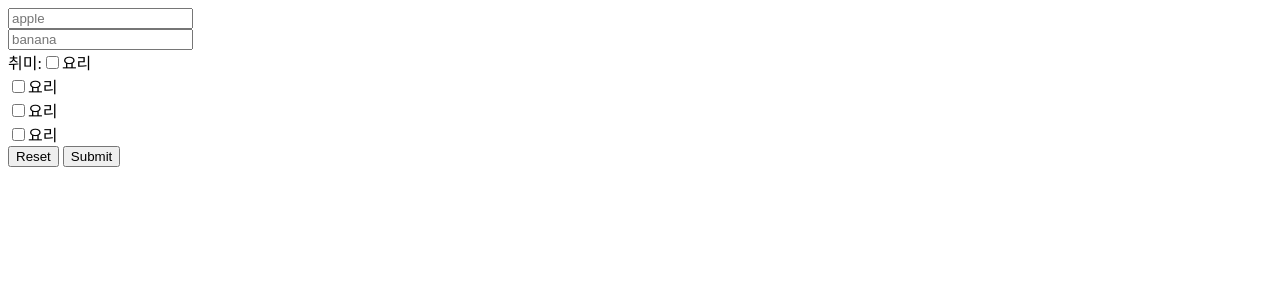
Repository: djdh94/jsp_practice
Page: http://localhost/JSPBasic/jspObject/3.cookie/test.jsp
These files come from the project's save history. The page is drawn as it stood at one moment and after the next save; the edit follows.
The browser window is 1280 px wide. The pictures show the whole page.
The page is served by Tomcat 9.

Above is the page before, as saved 2022-02-05 04:01:50.

After the next save:
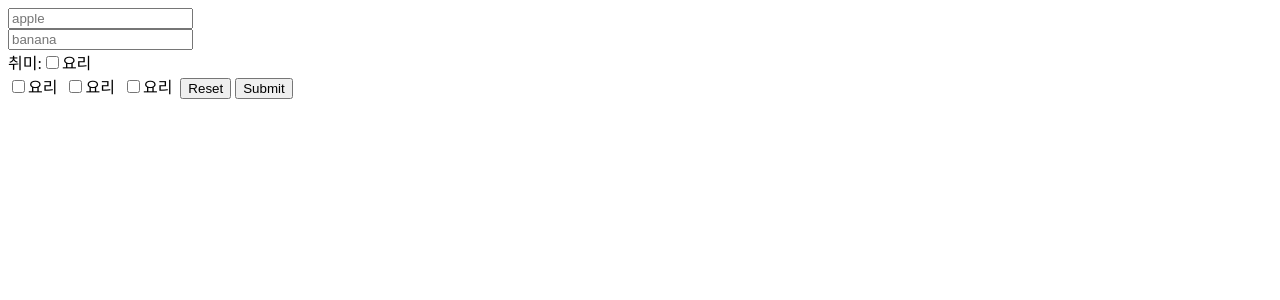
Saved 22 s later.
--- a/JSPBasic/src/main/webapp/jspObject/3.cookie/test.jsp
+++ b/JSPBasic/src/main/webapp/jspObject/3.cookie/test.jsp
@@ -16,9 +16,9 @@
 	<input type="text" name="apple" placeholder="apple"/><br/>
 	<input type="password" name="banana" placeholder="banana"/><br/>
 	취미:<input type="checkbox" name="hobby">요리&nbsp;<br/>
-	<input type="checkbox" name="hobby">요리&nbsp;<br/>
-	<input type="checkbox" name="hobby">요리&nbsp;<br/>
-	<input type="checkbox" name="hobby">요리&nbsp;<br/>
+	<input type="checkbox" name="hobby">요리&nbsp;
+	<input type="checkbox" name="hobby">요리&nbsp;
+	<input type="checkbox" name="hobby">요리&nbsp;
 	<input type="reset"/>
 	<input type="submit"/>
 	</form>
